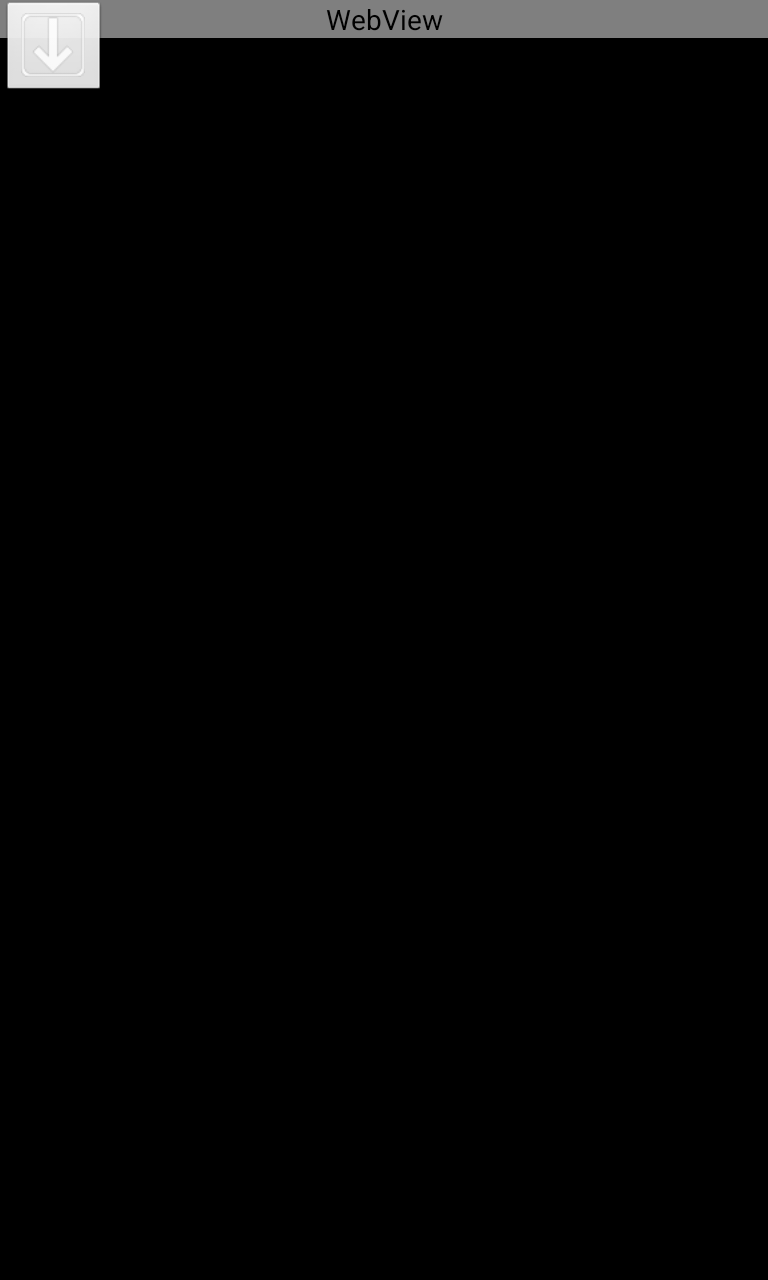
Repository: sstopkin/my-car-pc
Layout: RobotRules/res/layout/viewlay.xml
An editor plug-in stored every save of this project. The layout is shown before and after the next save, followed by the edit.
Pictures or frames that could not be fetched are drawn as grey boxes. It is drawn on a 768 x 1280 px phone screen (xhdpi) without system bars, with theme android:Theme.NoTitleBar.Fullscreen; the app's code is not run.

Above is the layout before, as saved 2012-02-18 12:12:26.

After the next save:
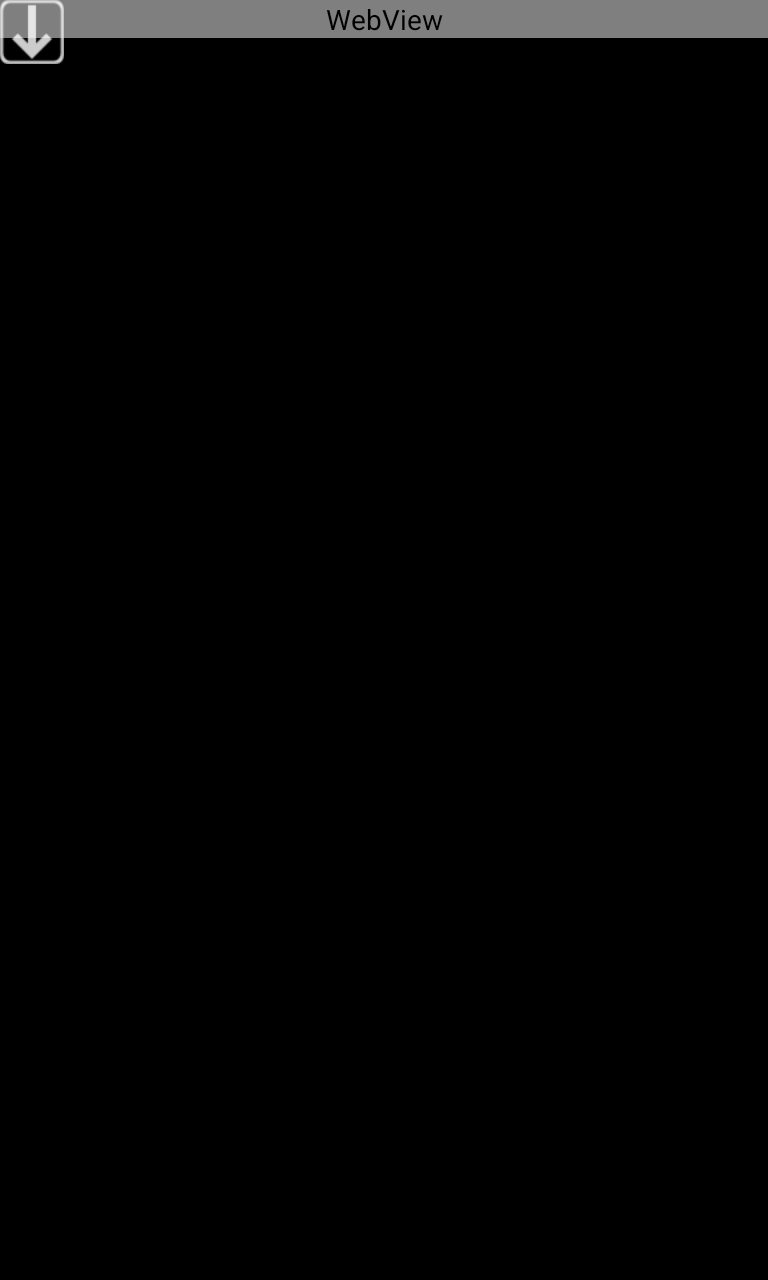
Saved 1 s later.
--- a/RobotRules/res/layout/viewlay.xml
+++ b/RobotRules/res/layout/viewlay.xml
@@ -15,12 +15,13 @@
         <LinearLayout
             android:layout_width="fill_parent"
             android:layout_height="fill_parent" >
+
             <ImageButton
-    android:id="@+id/ImageButton01"
-    android:layout_width="wrap_content"
-    android:layout_height="wrap_content"
-    android:src="@drawable/robotrulesdown48"/>
-
+                android:id="@+id/ImageButton01"
+                android:layout_width="wrap_content"
+                android:layout_height="wrap_content"
+                android:background="NULL"
+                android:src="@drawable/robotrulesdown48" />
         </LinearLayout>
     </RelativeLayout>
 
